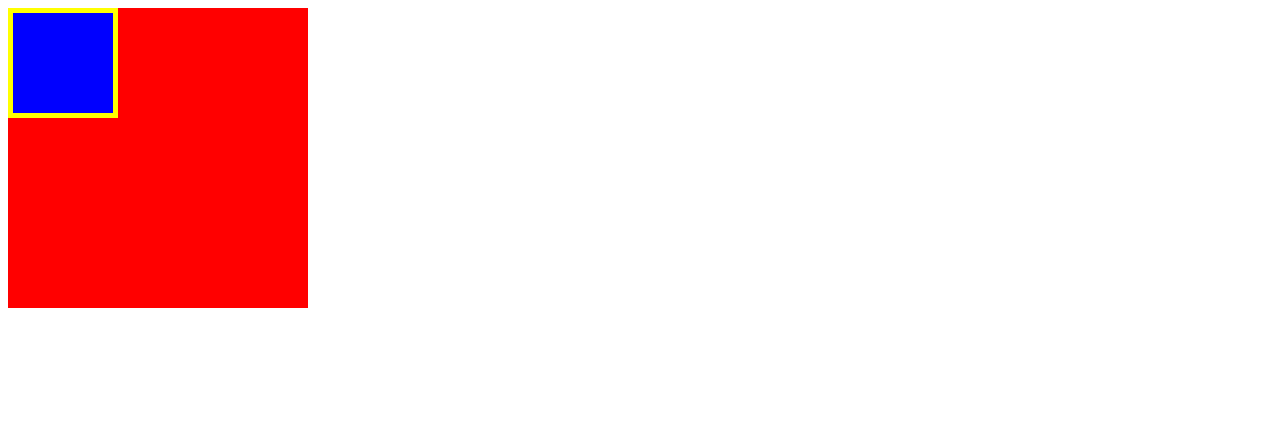
Repository: souta-miura/git-practice
Page: box/box.html
The author's editor kept a record of every edit. The page is drawn from the files as they stood at one moment, then again after the next edit.
The browser window is 1280 px wide. The pictures show the whole page.

Above is the page before.

After the next edit:
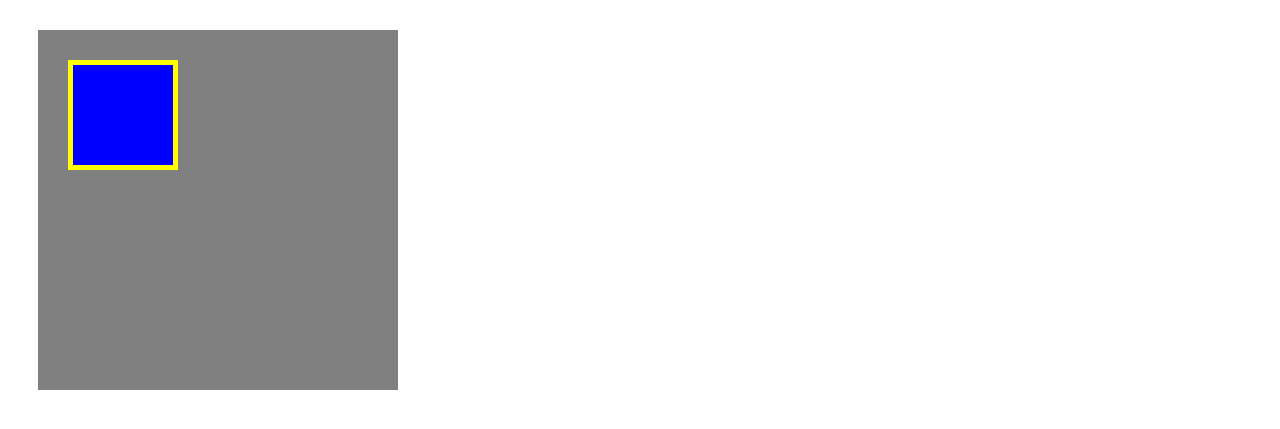
The edit:
--- a/box/box.css
+++ b/box/box.css
@@ -1,7 +1,9 @@
 .box1 {
   width: 300px;
   height: 300px;
-  background-color: red;
+  background-color: #808080;
+  margin: 30px;
+  padding: 30px;
 }
 
 .box2 {
